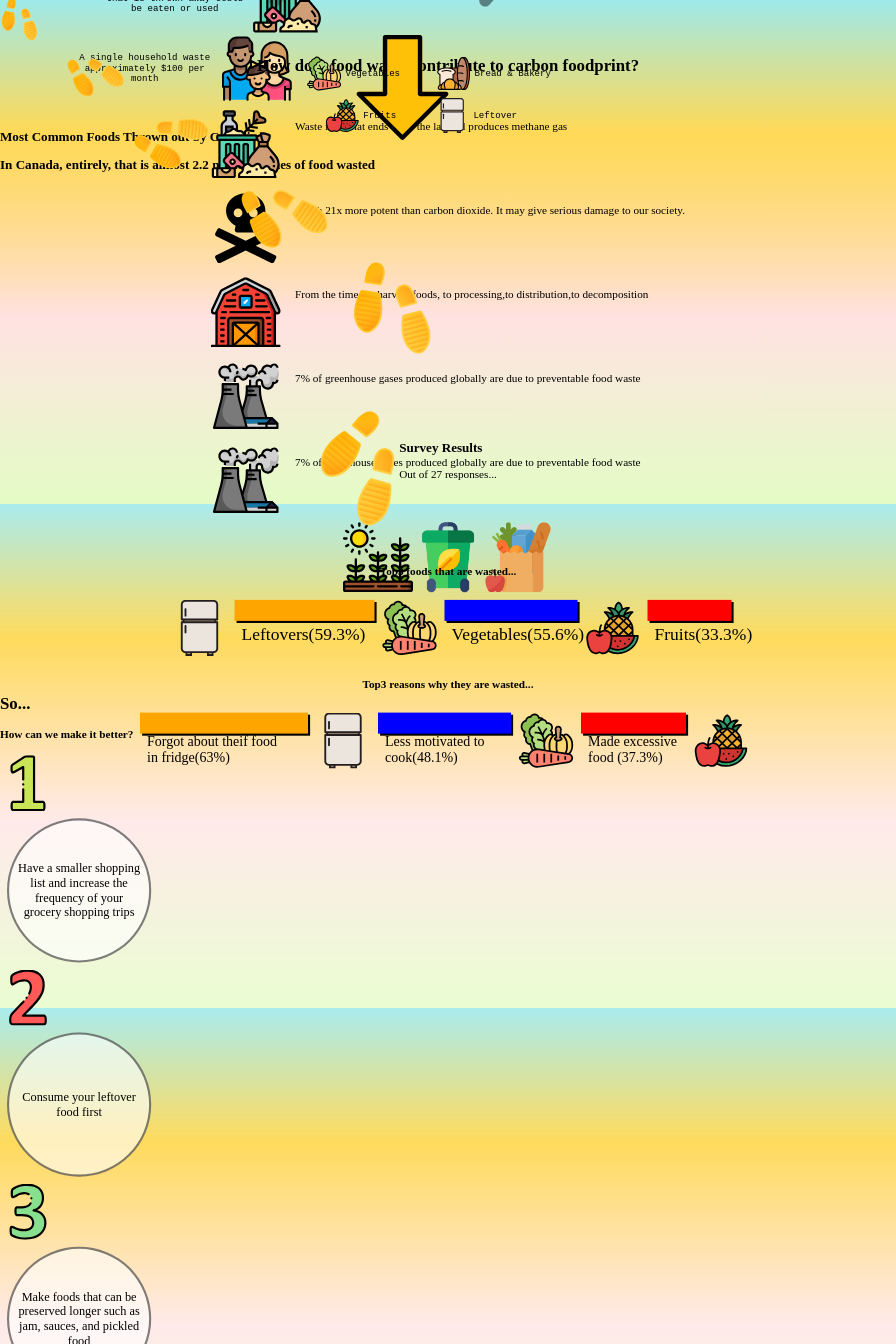
Repository: iorid3/Midterm
Page: index.html
These files come from the project's save history. The page is drawn as it stood at one moment and after the next save; the edit follows.
The browser window is 1280 px wide. The pictures show the part of the page from y = 0 to 1920 px (the page is 2758 px tall), at 70% of full size.

Above is the page before, as saved 2021-03-09 12:02:52.

After the next save:
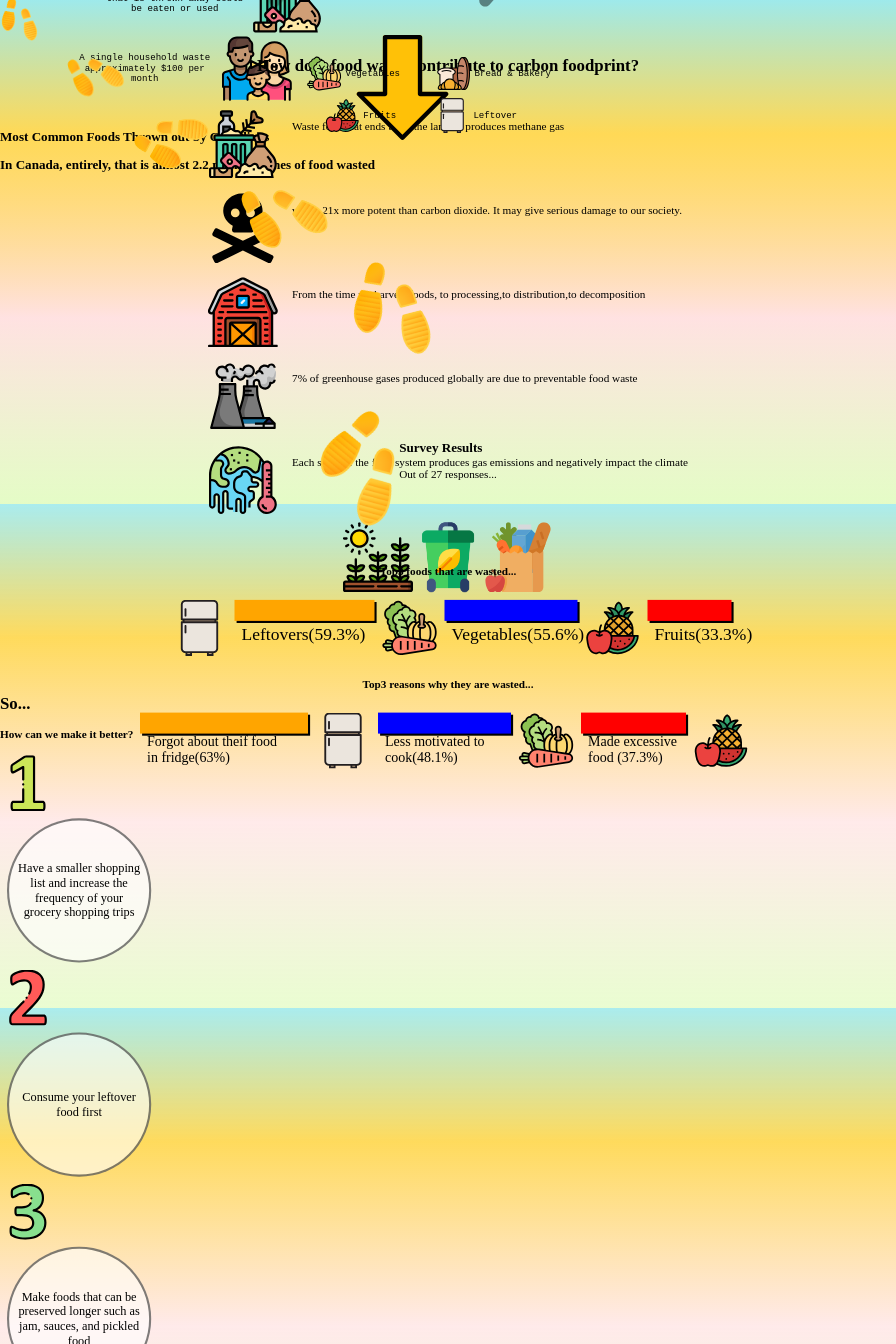
Saved 5 min 4 s later.
--- a/index.js
+++ b/index.js
@@ -19,7 +19,7 @@ document.querySelector(".comp6").innerHTML +=  Carboncomp(text = "Waste food tha
 document.querySelector(".comp6").innerHTML +=  Carboncomp(text ="which 21x more potent than carbon dioxide. It may give serious damage to our society. ",url ="Images/skull.svg" );
 document.querySelector(".comp6").innerHTML +=  Carboncomp(text = "From the time we harvest foods, to processing,to distribution,to decomposition", url ="Images/barn.svg");
 document.querySelector(".comp6").innerHTML +=  Carboncomp();
-document.querySelector(".comp6").innerHTML +=  Carboncomp();
+document.querySelector(".comp6").innerHTML +=  Carboncomp(text = "Each stage of the food system produces gas emissions and negatively impact the climate",url ="Images/temperature.svg");
 document.querySelector(".comp7").innerHTML +=  Graphcomp("Images/fridge.svg",text ="Leftovers(59.3%)",color ="orange",width ="200px");
 document.querySelector(".comp7").innerHTML +=  Graphcomp("Images/vegetable.svg",text ="Vegetables(55.6%)",color ="blue",width ="190px");
 document.querySelector(".comp7").innerHTML +=  Graphcomp("Images/fruits.svg",text ="Fruits(33.3%)",color ="red",width ="120px");
